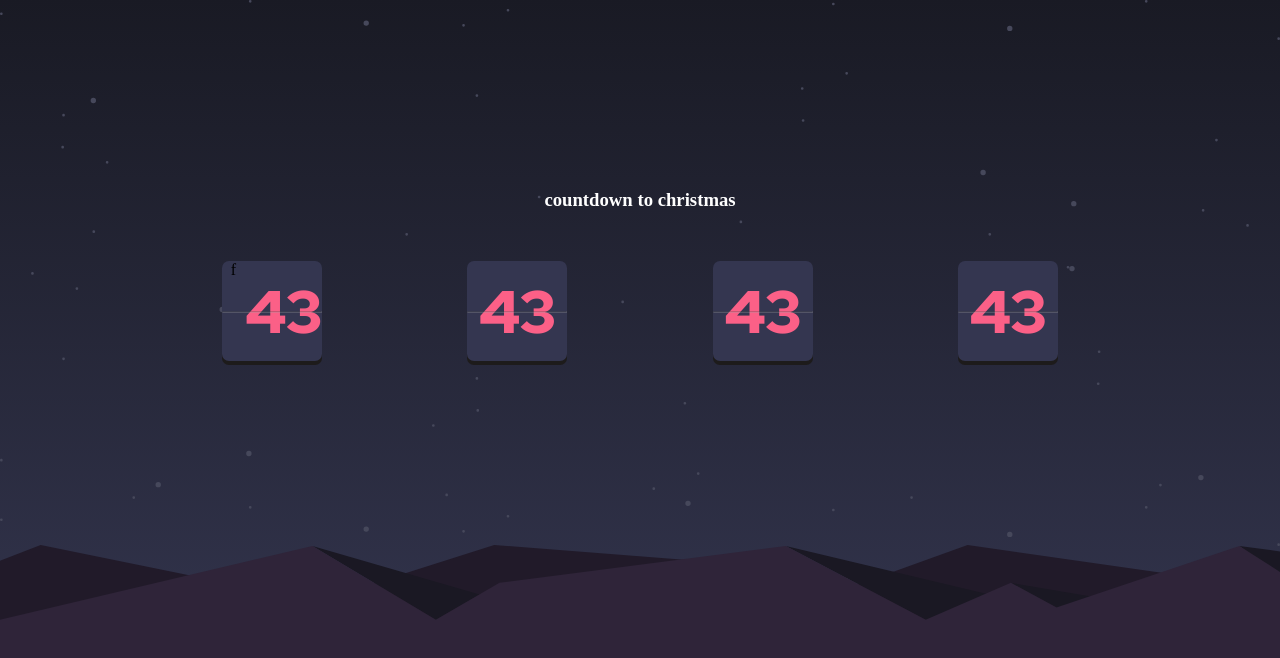
Repository: Eugene44-hub/countdown
Page: index.html
The author's editor kept a copy of each file at every save. The page is drawn from the files as they stood at one save, then again after the next save.
The browser window is 1280 px wide. The pictures show the whole page.

Above is the page before, as saved 2021-09-12 03:44:09.

### index.html
<!DOCTYPE html>
<html lang="en">

<head>
    <meta charset="UTF-8">
    <meta http-equiv="X-UA-Compatible" content="IE=edge">
    <meta name="viewport" content="width=device-width, initial-scale=1.0">
    <title>Document</title>
    <link rel="stylesheet" href="style.css">
</head>

<body>
    <div class="container">


        <div class="timer ">
            <h3 class="col10">countdown to christmas</h3>
            <div class="card">
                <div class="circle">f</div>
                <p>43</p>
                <hr> </div>
            <div class="card">
                <p>43</p>
                <hr>
            </div>
            <div class="card">
                <p>43</p>
                <hr>
            </div>
            <div class="card">
                <p>43</p>
                <hr>
            </div>

        </div>

    </div>
    <script src="app.js"></script>

</body>

</html>

</html>

### style.css
@import url('https://fonts.googleapis.com/css2?family=Red+Hat+Text:wght@700&display=swap');
* {
    padding: 0;
    margin: 0;
    box-sizing: border-box;
}

body {
    /* background-color: hsl(235, 16%, 14%); */
    /* background-color: hsl(234, 17%, 12%); */
    background-image: url('images/pattern-hills.svg'), url('images/bg-stars.svg'), linear-gradient( hsl(235, 18%, 12%), hsl(236, 21%, 26%));
    background-position: bottom, top;
    background-repeat: no-repeat, repeat;
    background-size: contain;
    background-attachment: fixed;
}

.container {
    display: flex;
    width: 100%;
    height: 500px;
    flex-wrap: wrap;
    text-align: center;
}

.col10 {
    flex: 100%;
    margin: auto;
}

h3 {
    color: white;
    padding: 50px;
    font-family: 'Red Text Hat';
}

.timer {
    margin: auto;
    display: flex;
    flex-wrap: wrap;
    justify-content: space-between;
    padding: 30px;
    width: 70%;
}

.card {
    background-color: hsl(236, 21%, 26%);
    width: 100px;
    height: 100px;
    position: relative;
    /* overflow: hidden; */
    box-shadow: 0px 4px rgb(29, 27, 27);
    border-radius: 7px;
    display: flex;
}

p {
    font-size: 60px;
    font-family: 'Red Hat Text';
    color: hsl(345, 95%, 68%);
    margin: auto;
}

.circle {
    height: 40px;
    width: 40px;
    border-width: 90px;
    border-radius: 50%;
    border-color: black;
    border-style: ;
}

hr {
    position: absolute;
    width: 100%;
    top: 50%;
    left: 0%;
    border-color: rgb(158, 158, 158);
    opacity: 0.3;
}


/* timer color  hsl(345, 95%, 68%)
timer card color hsl(237, 18%, 59%)
* /

### app.js
const proposed = new Date('2021-12-25');
const current = new Date();

const proArr = [proposed.getHours(), proposed.getMinutes(), proposed.getSeconds(), proposed.getDay(), proposed.getMonth()]
console.log('proposed days:' + (((proArr.at(-1) * 31) - 7) + proposed.getDate()));
console.log('current days:' + (((current.getMonth() * 31) - 5) + current.getDate()));

console.log((((proArr.at(-1) * 31) - 7) + proposed.getDate()) - (((current.getMonth() * 31) - 5) + current.getDate()) + 'days to christmas');

console.log('hours:' + (24 - current.getHours()));
console.log('minutes:' + (60 - current.getMinutes()));
console.log('hours:' + (60 - current.getSeconds()));

// let cal = proposed. - current;
// console.log(proposed);
// console.log(current.getDate());
// console.log(proArr.at(-1) + 1);
// let another = new Date(cal);
// console.log(another)
//359-253 propsed day - current day(mth*31-7) for september minus 6

After the next save:
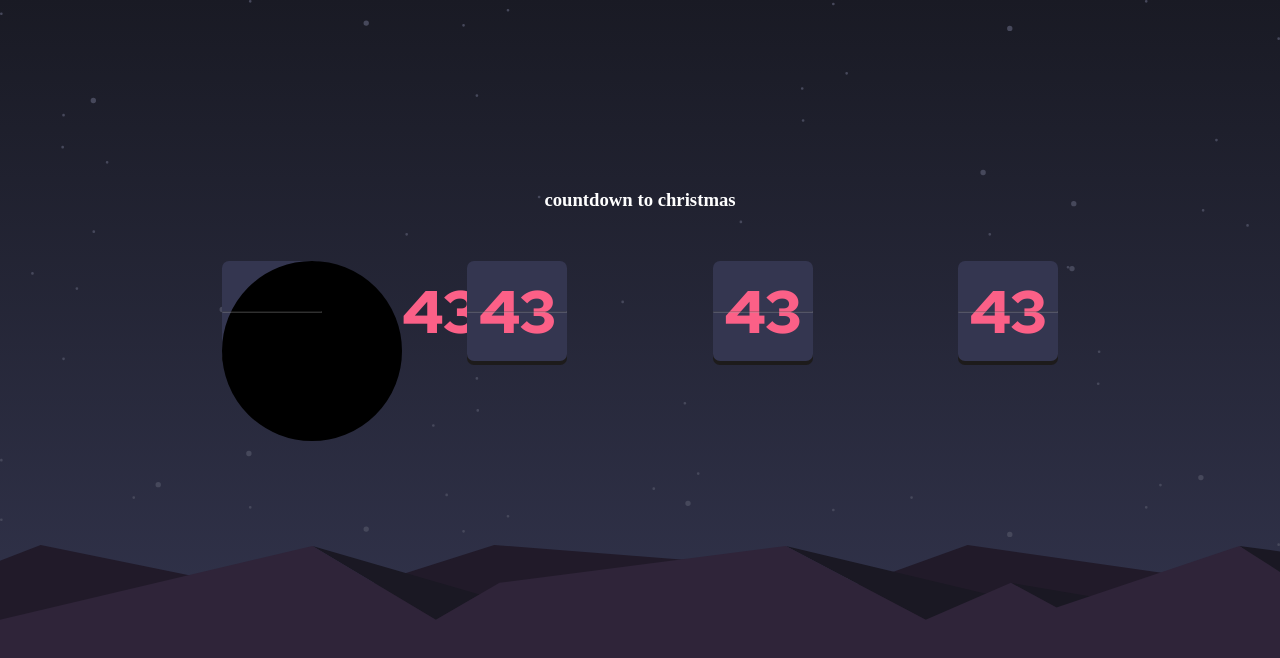
Saved 4 s later.
--- a/style.css
+++ b/style.css
@@ -67,7 +67,7 @@ p {
     border-width: 90px;
     border-radius: 50%;
     border-color: black;
-    border-style: ;
+    border-style: solid;
 }
 
 hr {
